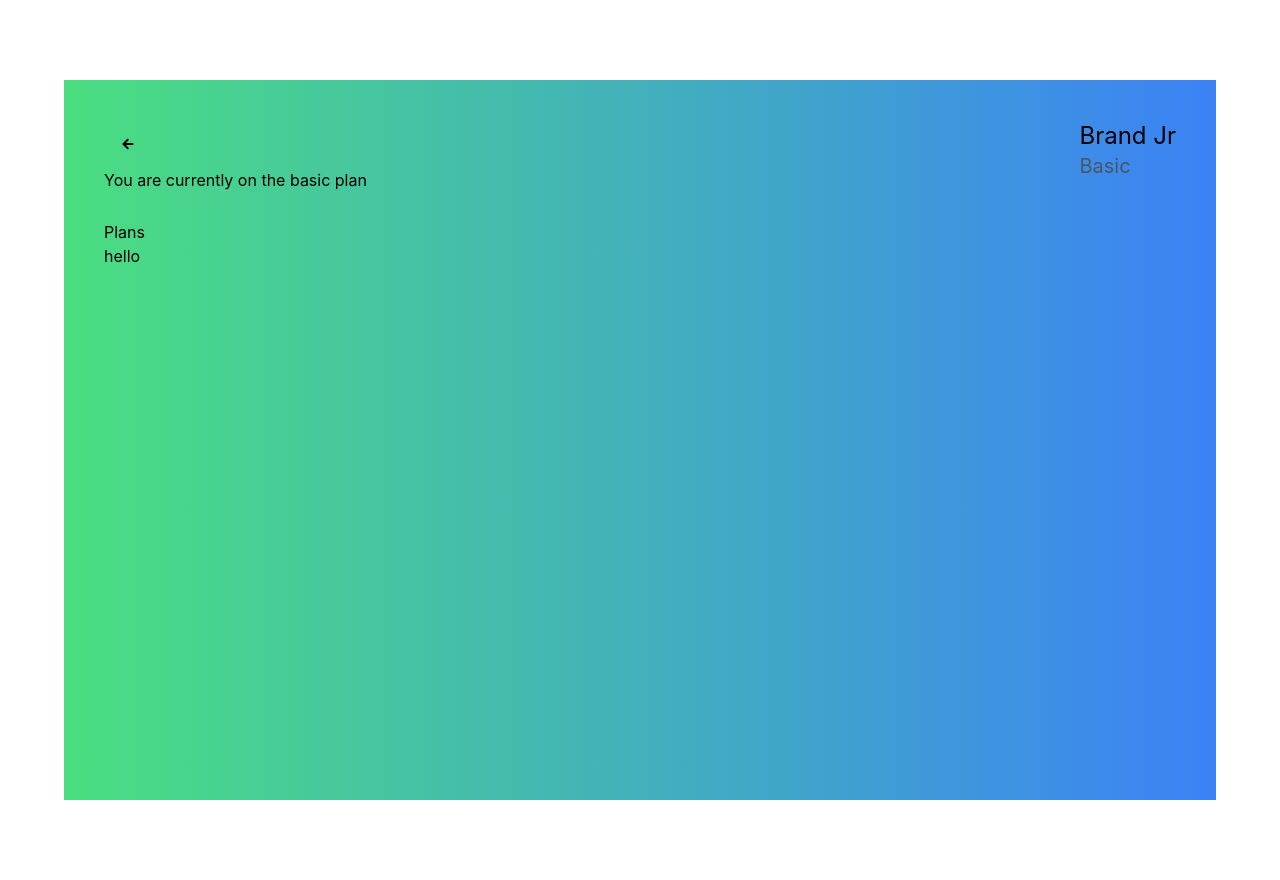
Repository: brandford7/music-player
Page: /subscription
An editor plug-in stored every save of this project. The page is shown before and after the next save, followed by the edit.
The browser window is 1280 px wide. The pictures show the whole page.
The project was rebuilt for these pictures with package versions that can differ from the ones it lists, and the page was loaded fresh each time. The framework's server and built-in components were replaced by stand-ins that run in the browser. Also part of the build but not shown: next.config.js, components/Sidebar.jsx, components/MusicButton.jsx, components/MusicCard.jsx, components/SongList.jsx, components/PlaylistComponent.jsx, components/LibraryComponent.jsx.

Above is the page before, as saved 2022-11-19 21:29:17.

### pages/subscription.js
import React from "react";
import { SubscriptionComponent } from "../components";

const Subscription = () => {
  return (
    <div className="flex mx-auto max-w-6xl my-20 space-x-10 h-screen p-10 bg-gradient-to-r from-green-400 to-blue-500">
      <SubscriptionComponent />
    </div>
  );
};

export default Subscription;

### styles/globals.css
@tailwind base;
@tailwind components;
@tailwind utilities;



html,
body {
  padding: 0;
  margin: 0;
  font-family: -apple-system, BlinkMacSystemFont, Segoe UI, Roboto, Oxygen,
    Ubuntu, Cantarell, Fira Sans, Droid Sans, Helvetica Neue, sans-serif;
}

a {
  color: inherit;
  text-decoration: none;
}

* {
  box-sizing: border-box;
}

@media (prefers-color-scheme: dark) {
  html {
    color-scheme: dark;
  }
  body {
    color: white;
    background: black;
  }
}

### components/index.js
export { default as Sidebar } from './Sidebar';
export { default as UserAvatar } from './UserAvatar';
export { default as MusicCard } from './MusicCard';
export { default as MusicButton } from './MusicButton';
export { default as SongList } from './SongList';
export { default as PlaylistComponent } from './PlaylistComponent';
export { default as LibraryComponent } from './LibraryComponent';
export { default as SubscriptionComponent } from './SubscriptionComponent';
export { default as Plans} from './Plans';

### components/UserAvatar.jsx
import React from "react";

const UserAvatar = ({ image, name, subscription }) => {
  return (
    <div className="flex flex-col ">
      <img src={image} alt="" />
      <h2 className="text-2xl">{name}</h2>
      <p className="text-gray-600 text-xl"> {subscription}</p>
    </div>
  );
};

export default UserAvatar;

### components/SubscriptionComponent.jsx
import React from "react";
import { IoMdArrowRoundBack } from "react-icons/io";
import { useRouter } from "next/router";
import UserAvatar from "./UserAvatar";
import Plans from "./Plans";

const SubscriptionComponent = () => {
  const router = useRouter();

  return (
    <div className="w-full">
      <section className="flex justify-between">
        <section className="">
          <div className="m-4 cursor-pointer" onClick={() => router.back()}>
            <IoMdArrowRoundBack />
          </div>
          <h1>You are currently on the basic plan</h1>
        </section>
        <section className="flex justify-end mb-10">
          <UserAvatar name="Brand Jr" subscription="Basic" />
        </section>
          </section>
          <Plans/>
    </div>
  );
};

export default SubscriptionComponent;

### components/Plans.jsx
import React from "react";

const Plans = () => {
  return (
    <div>
      <h1>Plans</h1>
      <section>
        <div className='flex h-40 w-80 border-blac '>hello</div>
      </section>
    </div>
  );
};

export default Plans;

Loaded but not shown: pages/_app.js (common file); tailwind.config.js (common file)

After the next save:
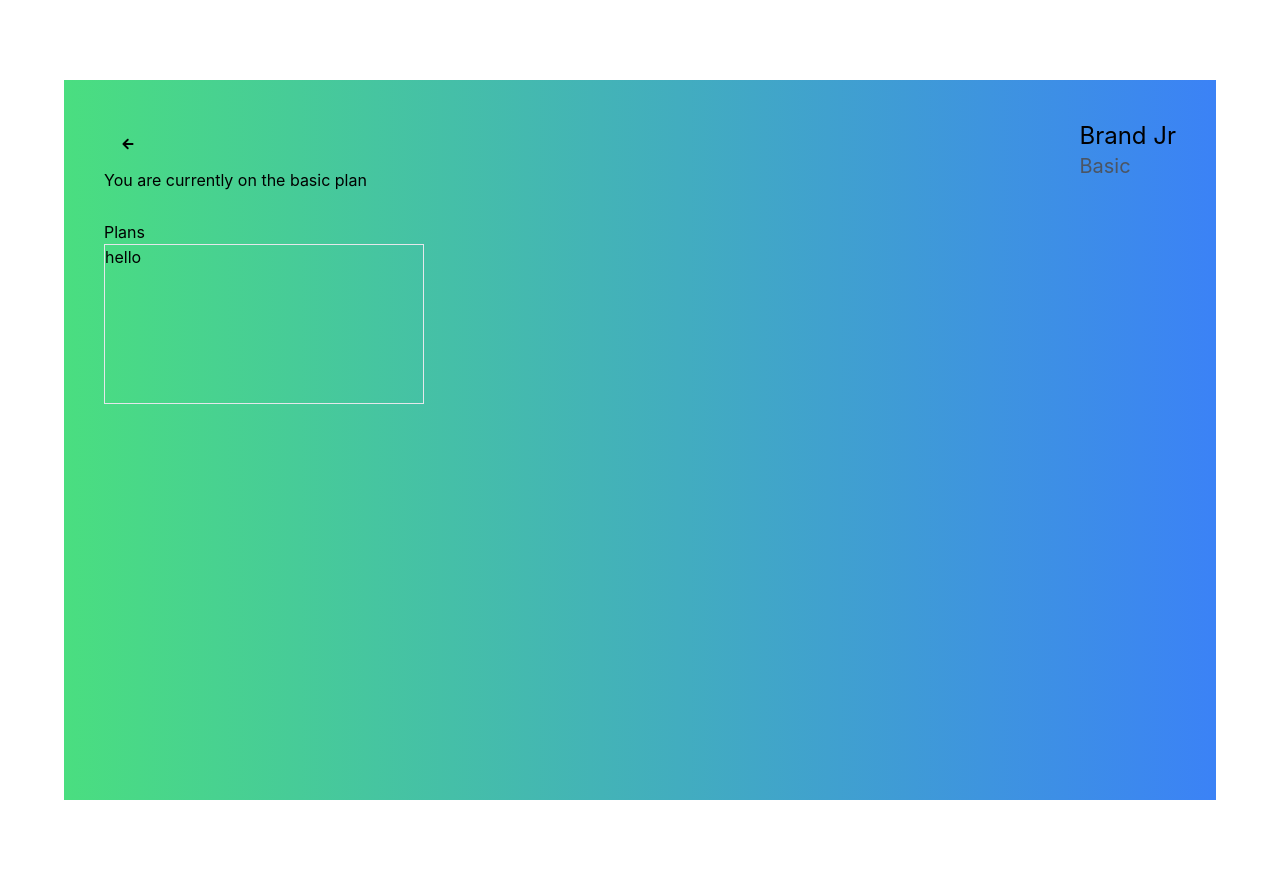
Saved 4 s later.
--- a/components/Plans.jsx
+++ b/components/Plans.jsx
@@ -5,7 +5,7 @@ const Plans = () => {
     <div>
       <h1>Plans</h1>
       <section>
-        <div className='flex h-40 w-80 border-blac '>hello</div>
+        <div className='flex h-40 w-80 border '>hello</div>
       </section>
     </div>
   );
